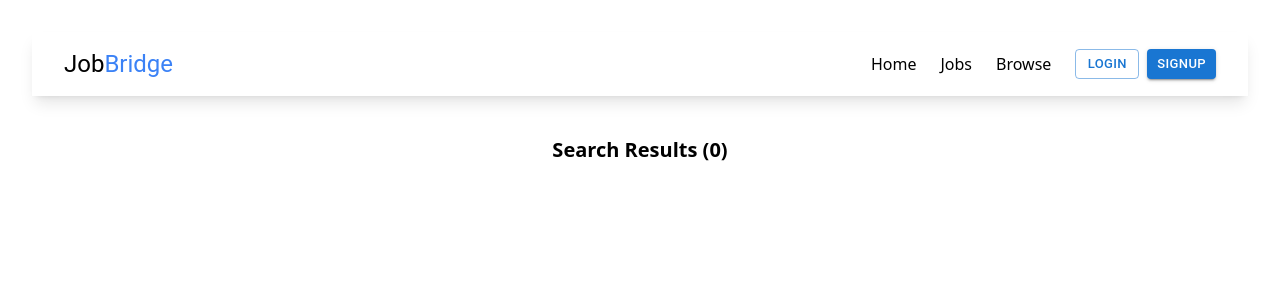
Repository: abp197/Job_bridge
Page: /browse (app in Frontend/)
These files come from the project's save history. The page is drawn as it stood at one moment and after the next save; the edit follows.
The browser window is 1280 px wide. The pictures show the whole page.
The page's requests for data from a server got no answer. The project was rebuilt for these pictures with package versions that can differ from the ones it lists, and the page was loaded fresh each time. No one was signed in, and anything a server would have sent is missing. Also part of the build but not shown: Frontend/vite.config.js, Frontend/src/components/auth/Signup.jsx, Frontend/src/components/CategoryCarousel.jsx, Frontend/src/components/HeroSection.jsx, Frontend/src/components/shared/Footer.jsx, Frontend/src/components/LatestJobCards.jsx, Frontend/src/components/LatestJobs.jsx, Frontend/src/components/Home.jsx and 21 more. Imported but missing from the stored project, and not drawn on this page: Frontend/src/hooks/useGetAppliedJobs.

Above is the page before, as saved 2024-12-22 19:51:59.

After the next save:
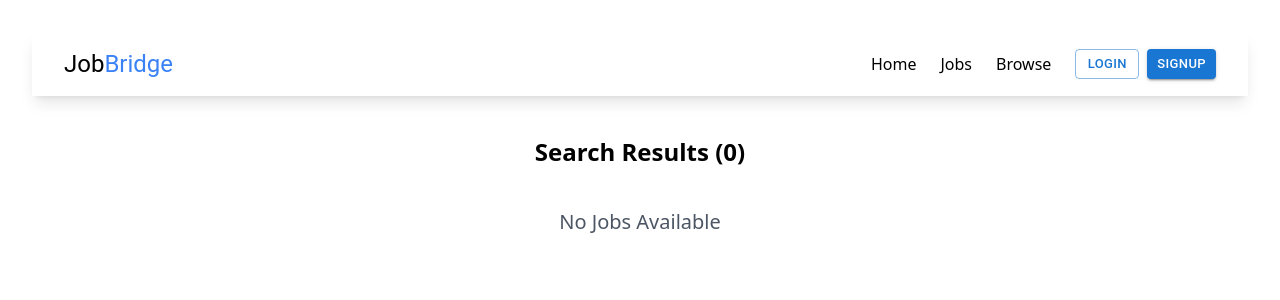
Saved 3 min 18 s later.
--- a/Frontend/src/components/Browse.jsx
+++ b/Frontend/src/components/Browse.jsx
@@ -1,40 +1,52 @@
 /* eslint-disable no-unused-vars */
-import React, { useEffect } from 'react'
-import Navbar from './shared/Navbar'
+import React, { useEffect } from 'react';
+import Navbar from './shared/Navbar';
 import Job from './Job';
 import { useDispatch, useSelector } from 'react-redux';
 import { setSearchedQuery } from '../components/redux/jobSlice.js';
 import useGetAllJobs from '../hooks/useGetAllJobs.jsx';
 
-// const randomJobs = [1, 2,45];
-
 const Browse = () => {
     useGetAllJobs();
-    const {allJobs} = useSelector(store=>store.job);
+    const { allJobs, loading } = useSelector(store => store.job);
     const dispatch = useDispatch();
-    useEffect(()=>{
-        return ()=>{
+
+    useEffect(() => {
+        return () => {
             dispatch(setSearchedQuery(""));
-        }
-    },[])
+        };
+    }, [dispatch]);
+
     return (
         <div>
             <Navbar />
-            <div className='max-w-7xl mx-auto my-10'>
-                <h1 className='font-bold text-xl my-10'>Search Results ({allJobs.length})</h1>
-                <div className='grid grid-cols-3 gap-4'>
-                    {
-                        allJobs.map((job) => {
-                            return (
-                                <Job key={job._id} job={job}/>
-                            )
-                        })
-                    }
-                </div>
+            <div className='max-w-7xl mx-auto my-10 px-4'>
+                <h1 className='font-bold text-2xl text-center mb-6'>
+                    Search Results ({allJobs.length})
+                </h1>
 
+                {/* Loading State */}
+                {loading ? (
+                    <div className="text-center text-lg text-gray-500">Loading...</div>
+                ) : (
+                    <>
+                        {/* No Jobs Available */}
+                        {allJobs.length === 0 ? (
+                            <div className="text-center text-xl text-gray-600 mt-10">
+                                No Jobs Available
+                            </div>
+                        ) : (
+                            <div className='grid grid-cols-1 sm:grid-cols-2 lg:grid-cols-3 gap-6'>
+                                {allJobs.map((job) => (
+                                    <Job key={job._id} job={job} />
+                                ))}
+                            </div>
+                        )}
+                    </>
+                )}
             </div>
         </div>
-    )
-}
+    );
+};
 
-export default Browse
+export default Browse;
